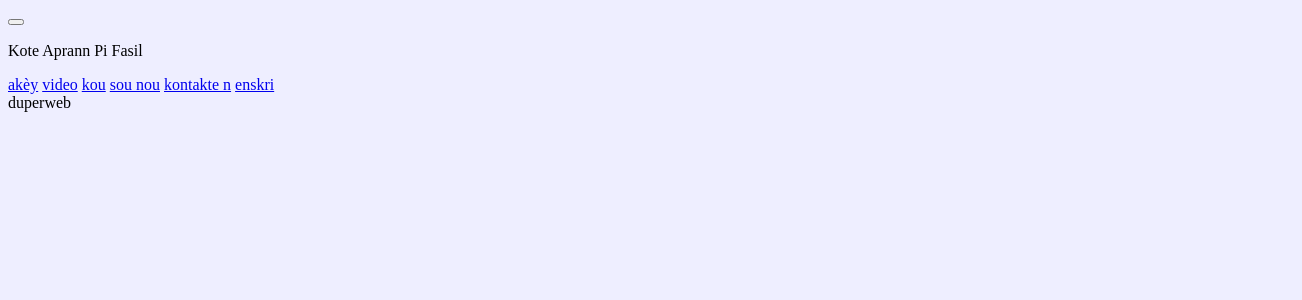
Repository: duperweb/docweb
Page: index.html
The author's editor kept a copy of each file at every save. The page is drawn from the files as they stood at one save, then again after the next save.
The browser window is 1280 px wide. The page is 1280 px wide, then 1302 px, so the pictures cover 1302 px, including what lies to the right of the window. The pictures show the whole page.

Above is the page before, as saved 2021-03-16 14:56:02.

After the next save:
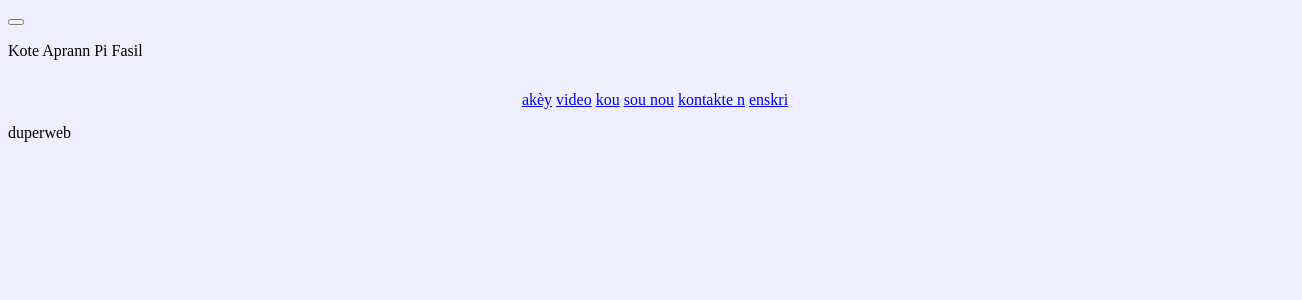
Saved 21 s later.
--- a/assets/css/home.css
+++ b/assets/css/home.css
@@ -13,7 +13,7 @@ body {
     width: 100%;
 }
 
-#top-nav-hori {
+#nav-horizontal-menu {
     width: 100%;
     margin: 0 auto;
     padding: 15px;
